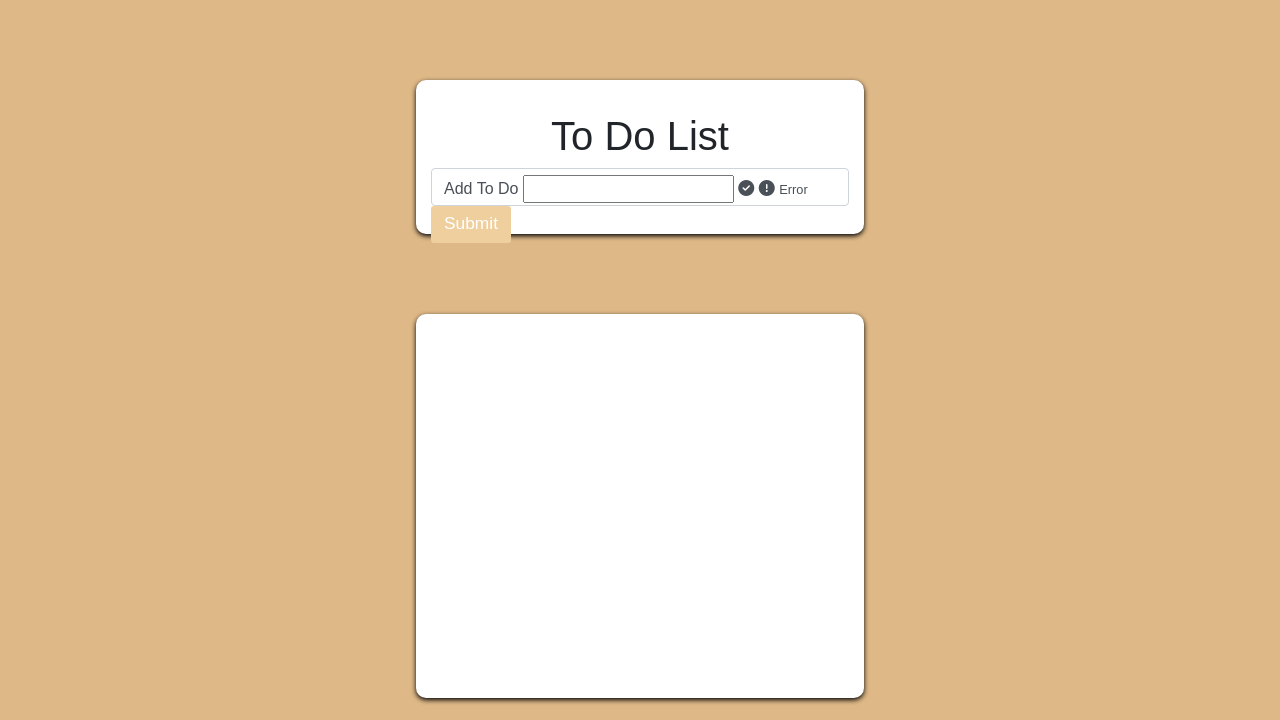
Repository: skepp4rn/todolist
Page: index.html
These files come from the project's save history. The page is drawn as it stood at one moment and after a run of saves; the edit follows.
The browser window is 1280 px wide. The pictures show the whole page.
The page's requests for data from a server got no answer. Some web libraries are served in a nearby version.

Above is the page before, as saved 2021-01-28 11:45:41.

After the next 2 saves:
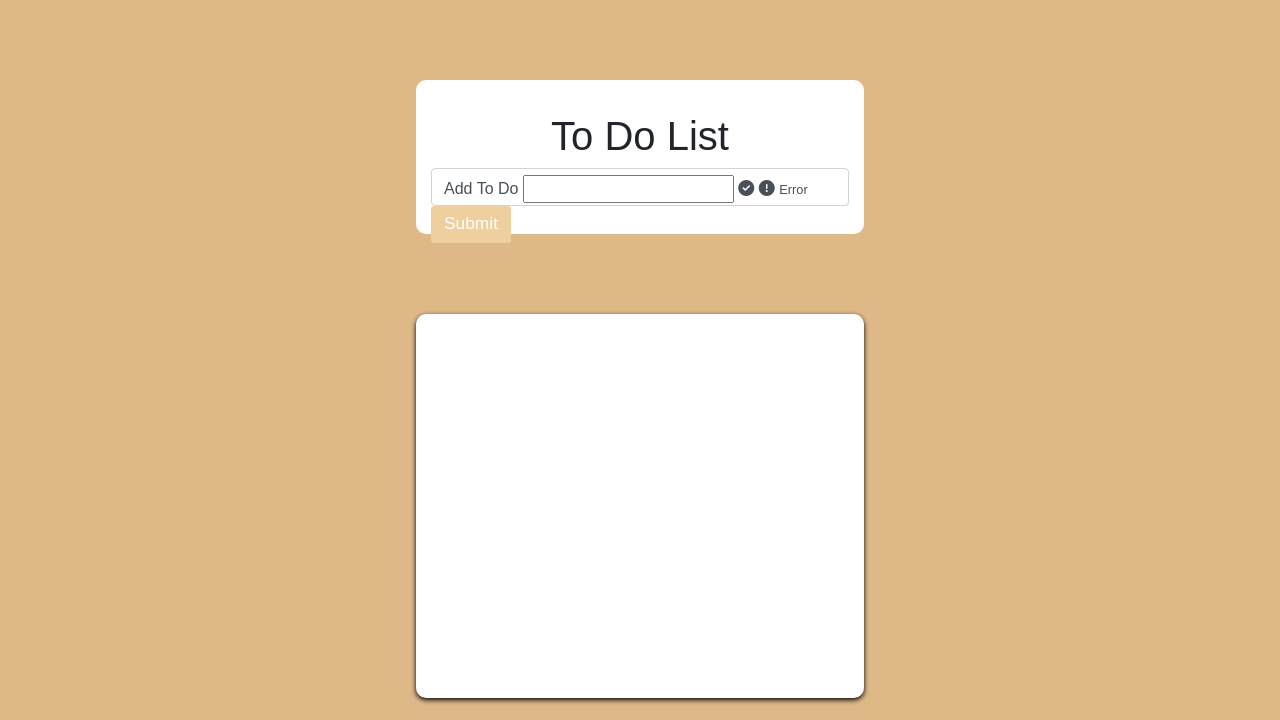
The 2 saves are shown as one change because they came seconds apart.
The last was saved 21 s later.
--- a/css/style.css
+++ b/css/style.css
@@ -20,7 +20,7 @@ body {
     margin-top: 5rem;
     padding-bottom: 2rem;
     height: 12vw;
-    box-shadow: 0 2px 5px black;
+    box-shadow: 1 2px 5px black;
 }
 
 .container2 {
